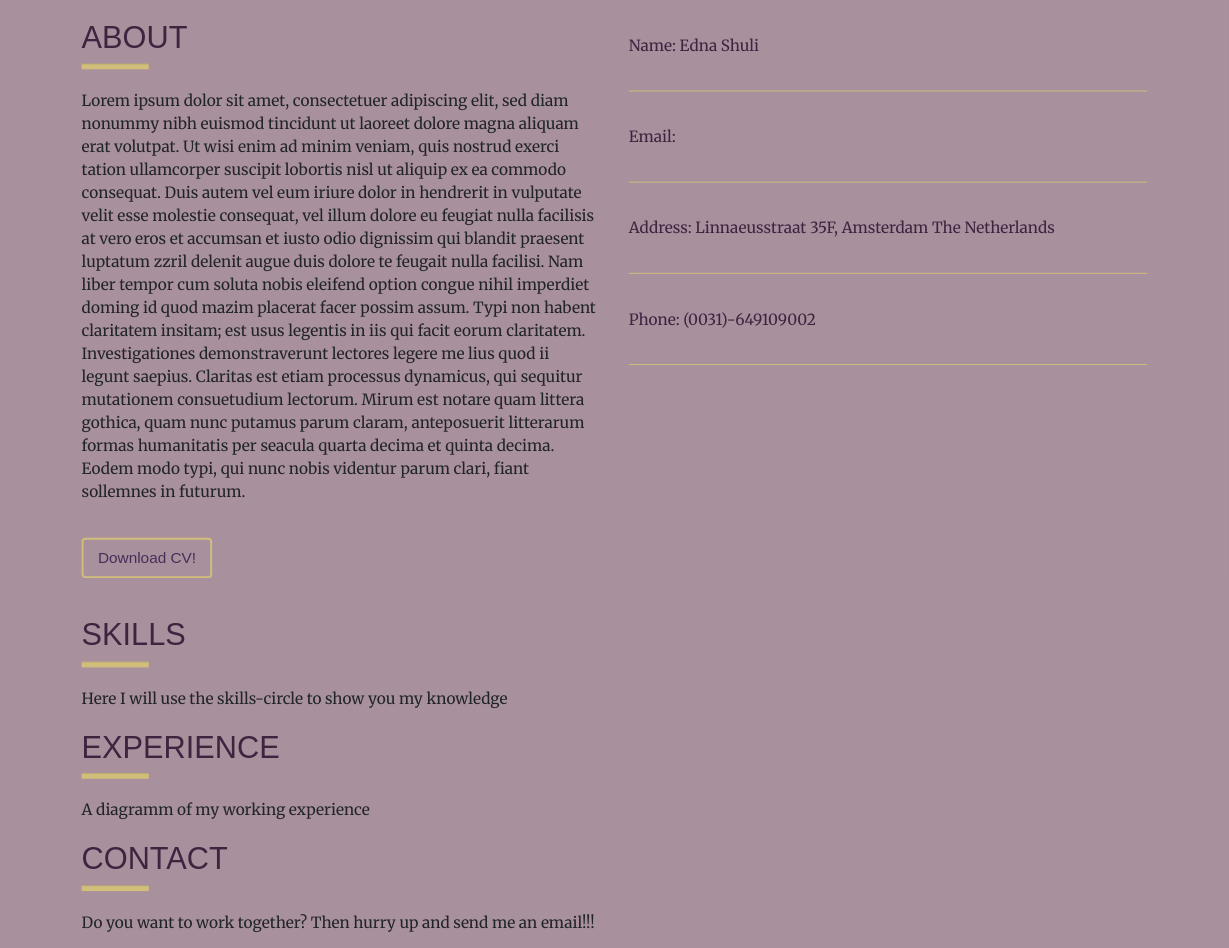
Repository: edshuli/Portfolio
Page: index.html
The author's editor kept a record of every edit. The page is drawn from the files as they stood at one moment, then again after the next edit.
The browser window is 1280 px wide. The pictures show the part of the page from y = 720 to 1708 px (the page is 1708 px tall), at 96% of full size.
Backgrounds fixed to the window are drawn as part of the page. Some web fonts or font styles are not loaded; a fallback is used.

Above is the page before.

After the next edit:
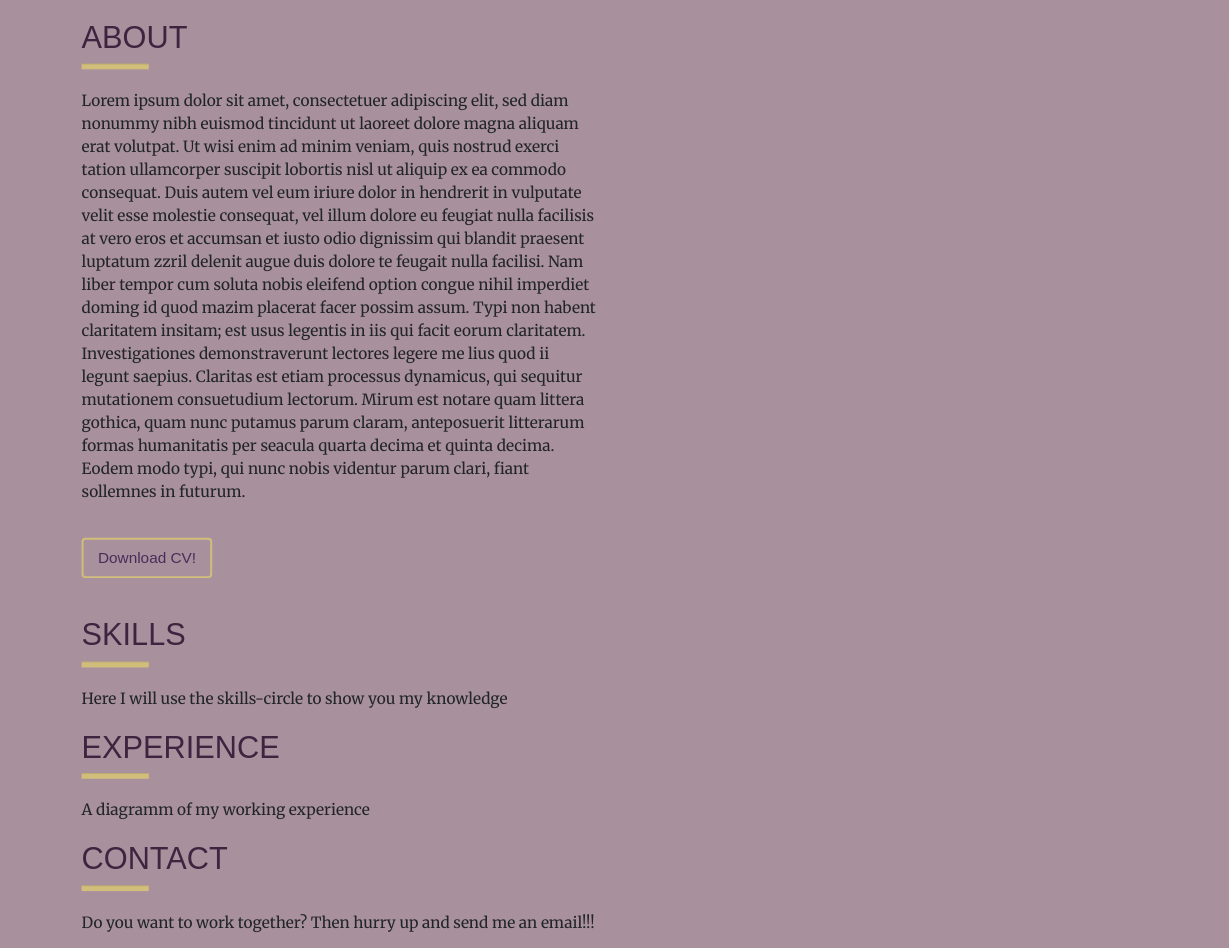
The edit:
--- a/index.html
+++ b/index.html
@@ -106,16 +106,7 @@
                     <button class="btn">Download CV!</button>
                 </div>
 
-               <div class="col-md-6">
-                   <div class="personal-info">
-                       <ul>
-                           <li>Name: Edna  Shuli</li>
-                           <li>Email: <a href="mailto:edna_shhuli@hotmail.gr"></a></li>
-                           <li>Address: Linnaeusstraat 35F, Amsterdam The Netherlands</li>
-                           <li>Phone: (0031)-649109002</li>
-                       </ul>
-                   </div>
-               </div>
+
 
             </div>
         </div>
